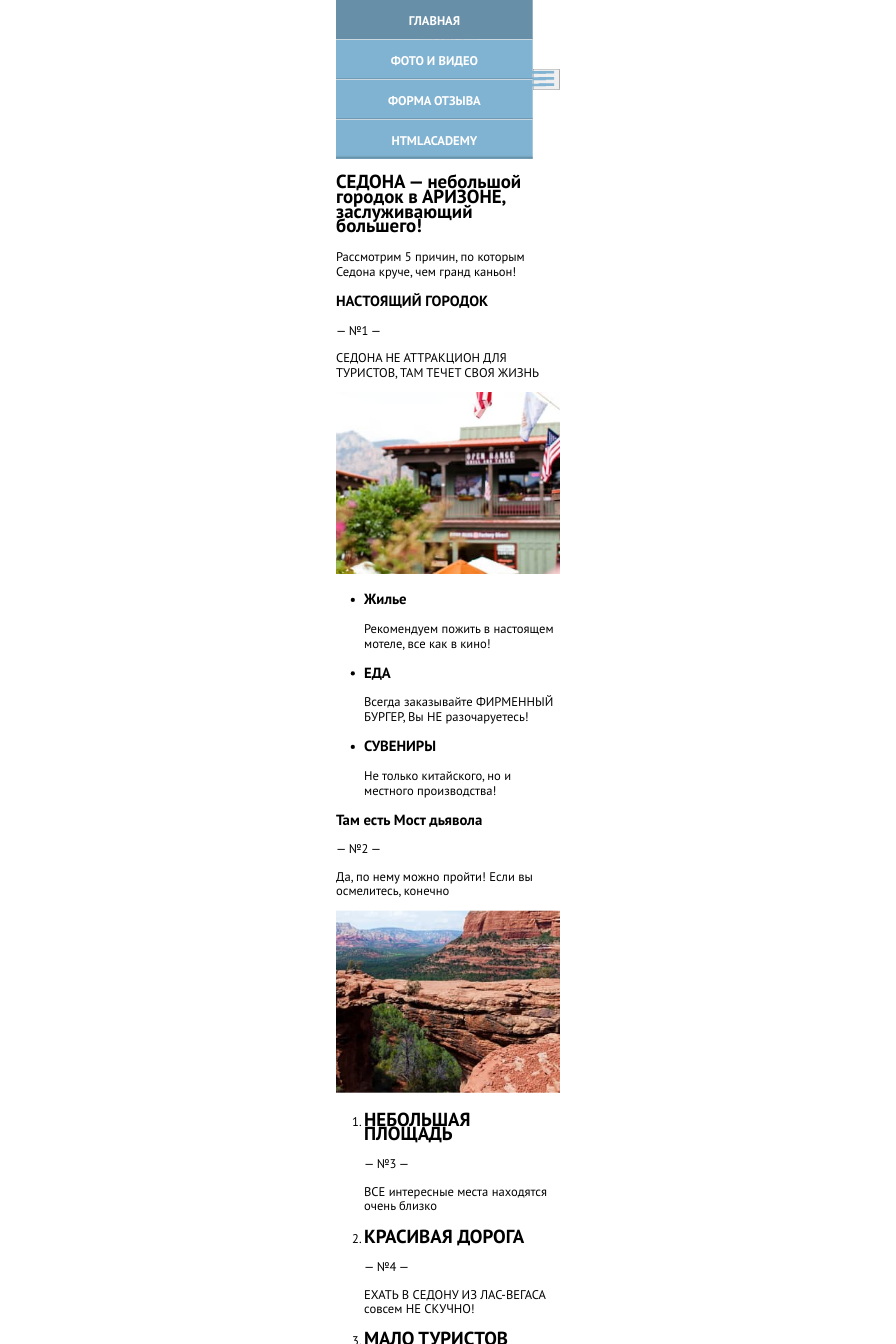
Repository: iKrekus/2149661-sedona-27
Page: source/index.html
The author's editor kept a copy of each file at every save. The page is drawn from the files as they stood at one save, then again after the next save.
The browser window is 1280 px wide. The pictures show the part of the page from y = 0 to 1920 px (the page is 2666 px tall), at 70% of full size.
The style sheet was rebuilt from its Sass, Less or Tailwind sources for each picture, by a compiler version that may differ from the author's.

Above is the page before, as saved 2022-12-03 20:55:18.

After the next save:
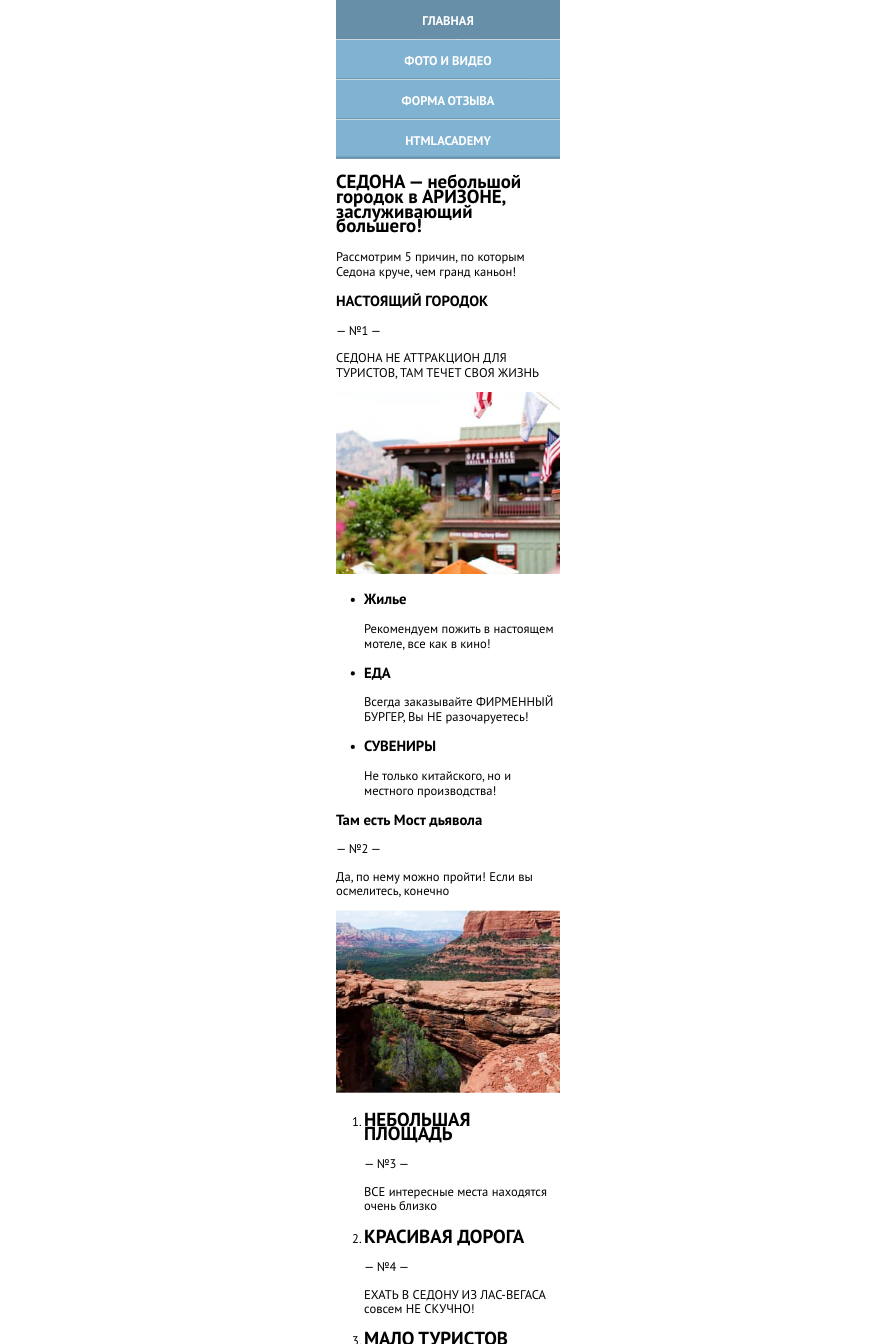
Saved 25 s later.
--- a/source/index.html
+++ b/source/index.html
@@ -29,7 +29,7 @@
           HTMLACADEMY
         </a>
       </nav>
-      <button class="main-nav__toggle--close" type="button">
+      <button class="main-nav__toggle main-nav__toggle--close" type="button">
         <span class="visually-hidden">Закрыть</span>
         <svg width="23" height="22" viewBox="0 0 23 22" fill="none" xmlns="http://www.w3.org/2000/svg"><path d="M22.9 0H0v4h22.9V0ZM22.9 9H0v4h22.9V9ZM22.9 18H0v4h22.9v-4Z" fill="#81B3D2"/></svg>
       </button>
